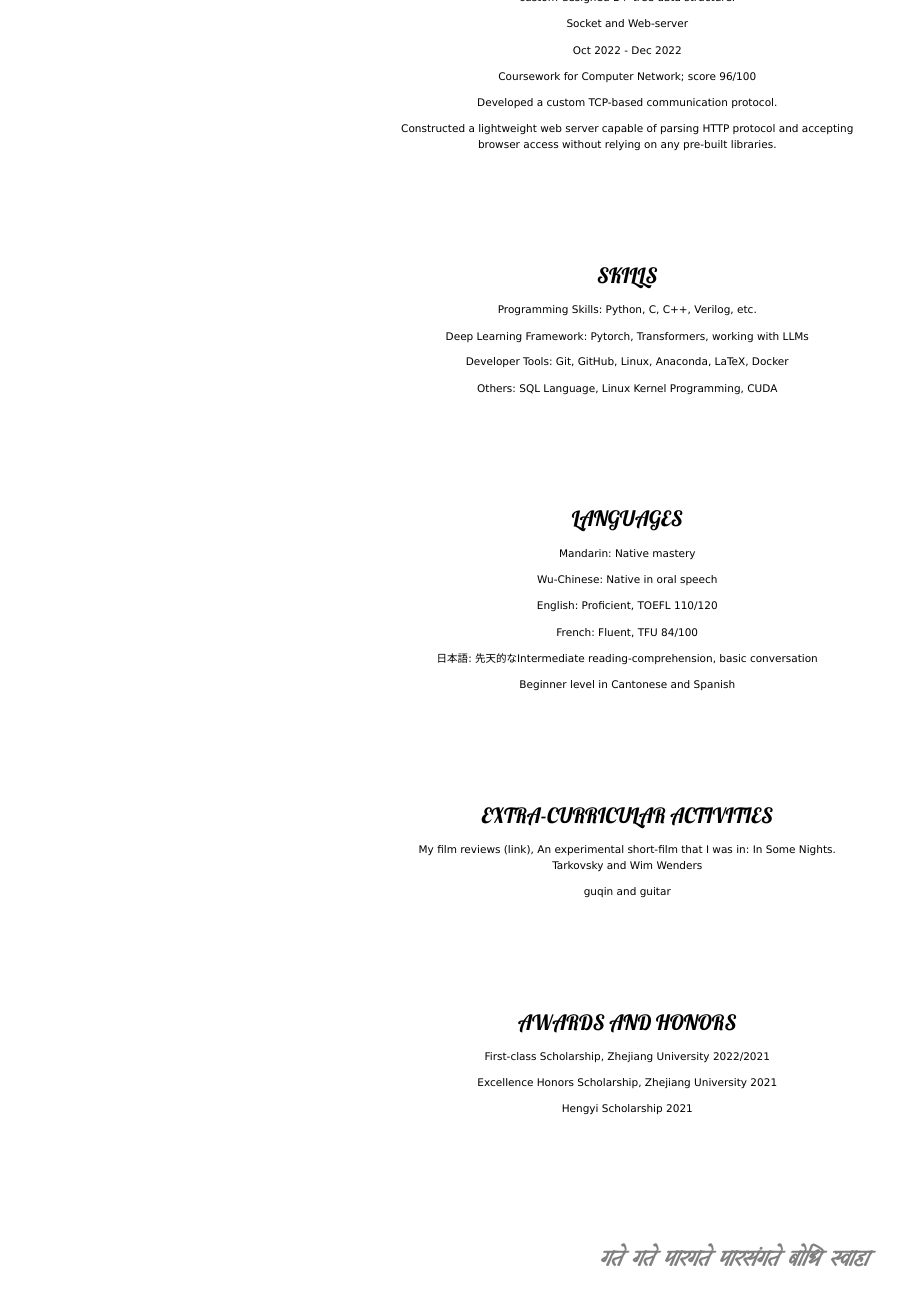
Repository: Ej-zhou/ej-zhou.github.io
Page: index.html
An editor plug-in stored every save of this project. The page is shown before and after a run of saves, followed by the edit.
The browser window is 1280 px wide. The page is 1304 px wide, so the pictures cover 1304 px, including what lies to the right of the window. The pictures show the part of the page from y = 4150 to 6030 px (the page is 6276 px tall), at 70% of full size.
Some web fonts or font styles are not loaded; a fallback is used.

Above is the page before, as saved 2023-08-12 15:39:43.

After the next 3 saves:
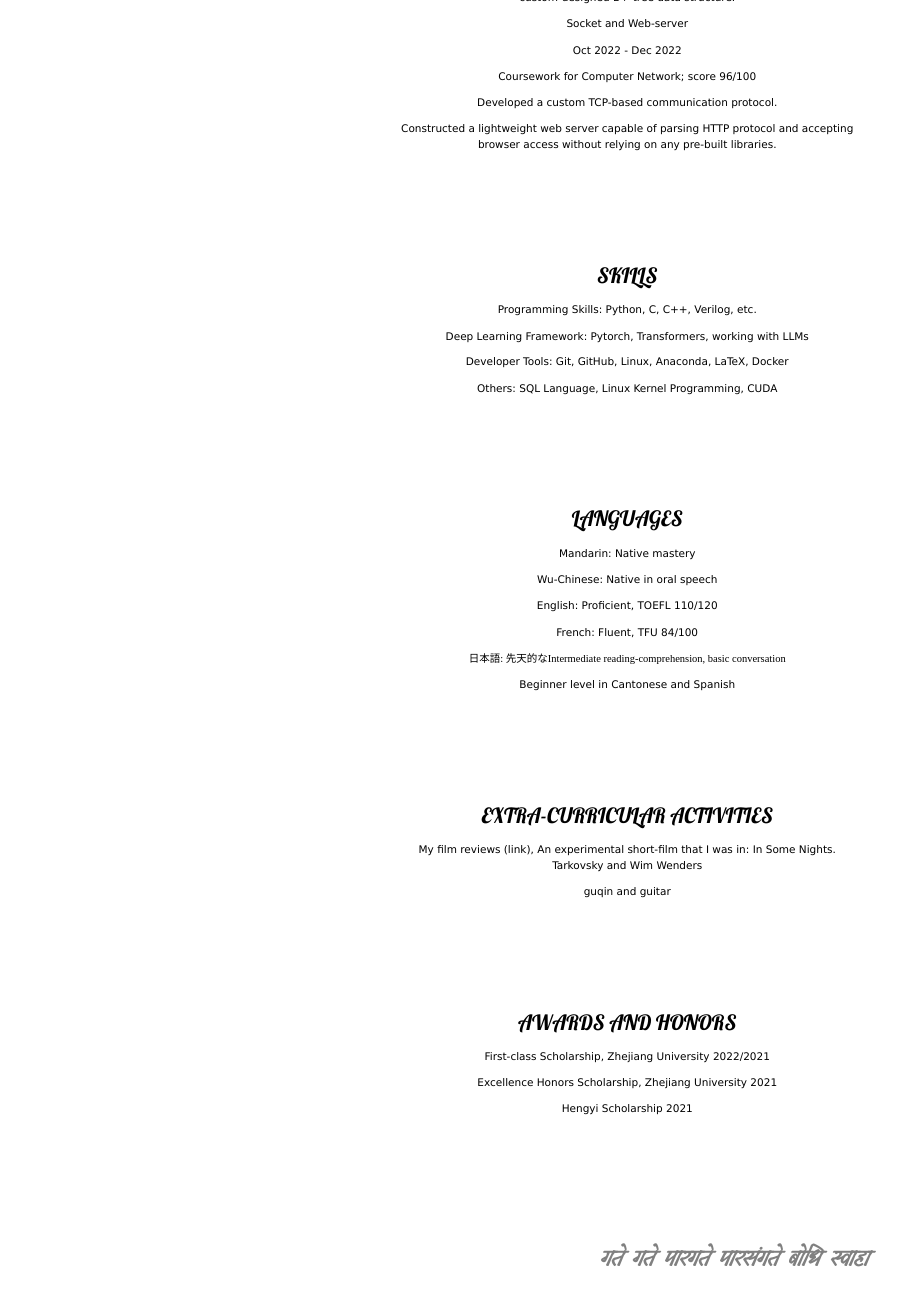
The 3 saves are shown as one change because they came seconds apart.
The last was saved 17 s later.
--- a/index.html
+++ b/index.html
@@ -585,7 +585,7 @@
     French: Fluent, TFU 84/100
    </p>
 <p>
-    <span class="japanese"> 日本語</span>: <span class = 'japanese'>先天的な</span>Intermediate reading-comprehension, basic conversation
+    <span class="japanese"> 日本語: 先天的なIntermediate reading-comprehension, basic conversation</span>
    </p>
 <p>
     Beginner level in Cantonese and Spanish
